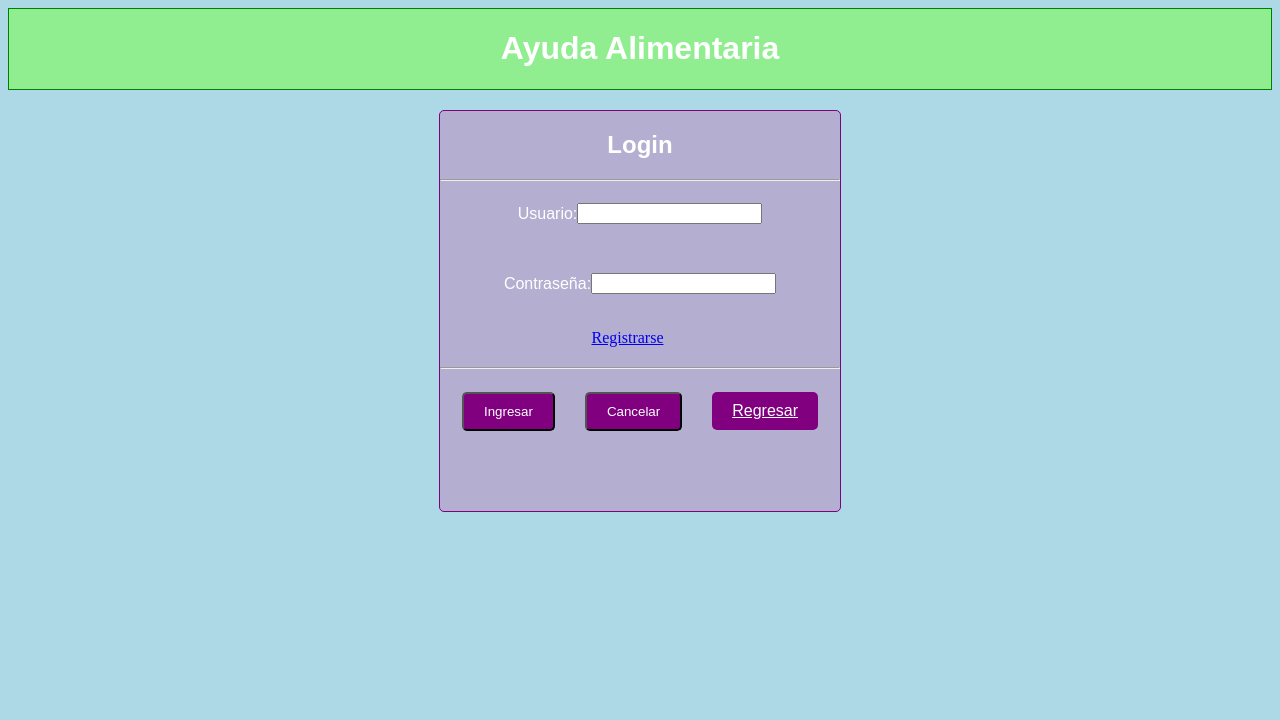
Repository: sonicspeed1/examen1_codigo_bryansantillan
Page: http://localhost/examen_1_bryan_santillan/Login.jsp
An editor plug-in stored every save of this project. The page is shown before and after the next save, followed by the edit.
The browser window is 1280 px wide. The pictures show the whole page.
The page is served by Tomcat 9. Other server files are loaded and not shown.

Above is the page before, as saved 2024-05-29 04:39:17.

### examen_1_bryan_santillan/src/main/webapp/Login.jsp
<%@ page language="java" contentType="text/html; charset=UTF-8"
    pageEncoding="UTF-8" %>
<%
    String mensaje = (String) session.getAttribute("mensaje");
    session.removeAttribute("mensaje");
%>
<!DOCTYPE html>
<html>
<head>
<meta charset="UTF-8">
<title>Login</title>
<link href="estilo.css" rel="stylesheet"/>
</head>
<body class="cuerpo">
<div class="cuadro">
<h1 class="titulo">Ayuda Alimentaria</h1>
</div>
<div class="container">
    <div class="cuadro2">
 <h2 class="titulo2">Login</h2><hr>
 <form action="validar.jsp" method="post">
 <label class="item_login"><p class="titulo2">Usuario:</p > <input type="text" name="usuario"></label>
 <label class="item_login"><p class="titulo2">Contraseña:</p> <input type="password" name="contraseña"></label>
 <div class="item_login">
 <a href="registro_donadores.jsp" class="hiper">Registrarse</a>
 </div><hr>
 <div class="item_login">
  <input value="Ingresar" name="ingresar" type="submit" class="button">
 <input value="Cancelar" name="cancelar" type="reset" class="button">
 <a href="home.jsp" class="button">Regresar</a>
 </div>
   <% if (mensaje != null && !mensaje.isEmpty()) { %>
        <p><%= mensaje %></p>
    <% } %>
 </form>
    </div>
</div>
</body>
</html>

### examen_1_bryan_santillan/src/main/webapp/estilo.css
@charset "UTF-8";
.cuerpo{
	background-color: lightblue;
}
.cuadro{
	background-color:lightgreen;
	border: 1px solid green;
	display: block;

}
.cuadro2 {
    background-color: #b4aed0;
    border-radius: 5px;
    border: 1px solid purple;
    height: 400px;
    width: 400px;
}
.cuadro3{
	    background: linear-gradient(to right,red,pink);
	    text-align:center;
	    color: white;
	     border: 1px solid darkred;
}
.titulo{
	color: white;
	transition: color 0.3s, text-shadow 0.3s;
	font-family: 'Comic Sans MS', cursive, sans-serif;
	 text-align: center;
}

.titulo:hover {
    color: blue;
    text-shadow: 2px 2px 5px rgba(0, 0, 0, 0.5);
}
.menu{
	list-style-type: none;
    padding: 0;
    background-color: #80ff80;
    border: 1px solid green;
    margin: 0 auto;
    }
.item {
    display: inline-block;
    position: relative;
}
.container {
    display: flex;
    justify-content: center;
    align-items: center;
    margin-top: 20px;
}
.titulo2{
	color: white;
	transition: color 0.3s, text-shadow 0.3s;
	font-family: 'Comic Sans MS', cursive, sans-serif;
	 text-align: center;
}

.titulo2:hover {
    color: red;
    text-shadow: 2px 2px 5px rgba(0, 0, 0, 0.5);
}
.item_login{
	   display: flex;
    justify-content: center;
    align-items: center;
    margin-bottom: 20px;
}
.button{
	background-color: purple;
	border-radius: 5px;
	color: white;
	padding: 10px 20px;
	margin: 15px;
	font-family: 'Comic Sans MS', cursive, sans-serif;
}
.hiper{
	margin-right: 25px;
}

.item_reg{
	   display: flex;
	   margin-bottom:20px;
}

.footer {
    background-color: rgb(128, 255, 0);
    color: #fff;
    padding: 20px;
    text-align: center;
    width: 97%;
    max-width: 1980px;
    position: fixed;
    bottom: 0;
}

After the next save:
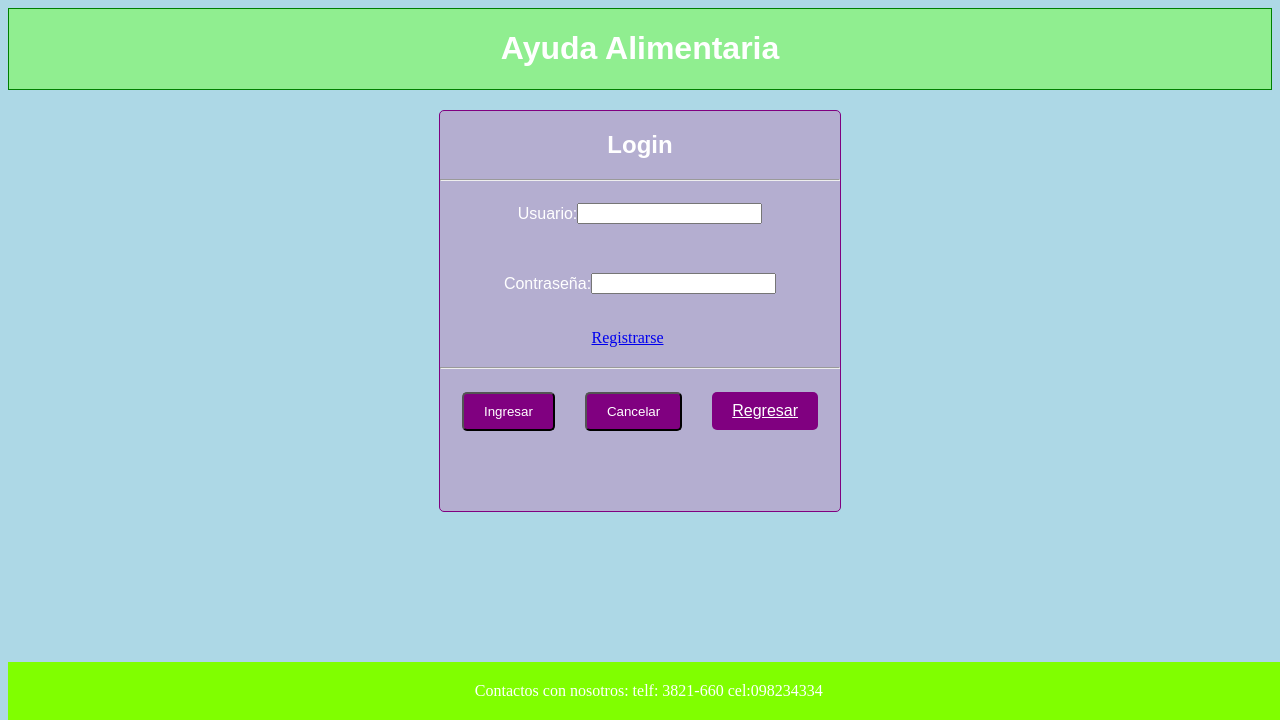
Saved 60 s later.
--- a/examen_1_bryan_santillan/src/main/webapp/Login.jsp
+++ b/examen_1_bryan_santillan/src/main/webapp/Login.jsp
@@ -35,5 +35,6 @@
  </form>
     </div>
 </div>
+<footer class="footer"> Contactos con nosotros: telf: 3821-660 cel:098234334</footer>
 </body>
 </html>
